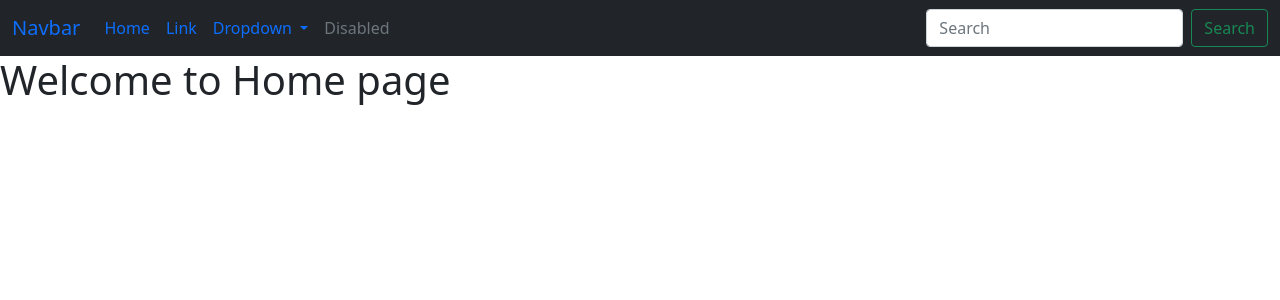
Repository: kiruriluap/COMP229-M2022-Labs
Page: http://localhost/
These files come from the project's save history. The page is drawn as it stood at one moment and after a run of saves; the edit follows.
The browser window is 1280 px wide. The pictures show the whole page.
The page is served by the project's Node server (server.js).

Above is the page before, as saved 2022-05-28 17:18:30.

After the next 2 saves:
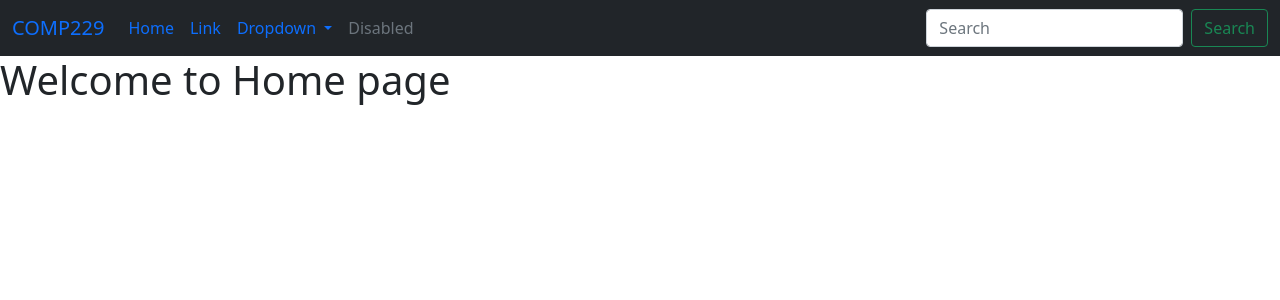
The 2 saves are shown as one change because they came seconds apart.
The last was saved 14 s later.
--- a/week3-6 Partials - Copy - Copy/views/index.ejs
+++ b/week3-6 Partials - Copy - Copy/views/index.ejs
@@ -14,7 +14,7 @@
   <!-- Main Navigator -->
   <nav class="navbar navbar-expand-lg bg-dark">
     <div class="container-fluid">
-      <a class="navbar-brand" href="#">Navbar</a>
+      <a class="navbar-brand" href="#">COMP229</a>
       <button class="navbar-toggler" type="button" data-bs-toggle="collapse" data-bs-target="#navbarSupportedContent" aria-controls="navbarSupportedContent" aria-expanded="false" aria-label="Toggle navigation">
         <span class="navbar-toggler-icon"></span>
       </button>
